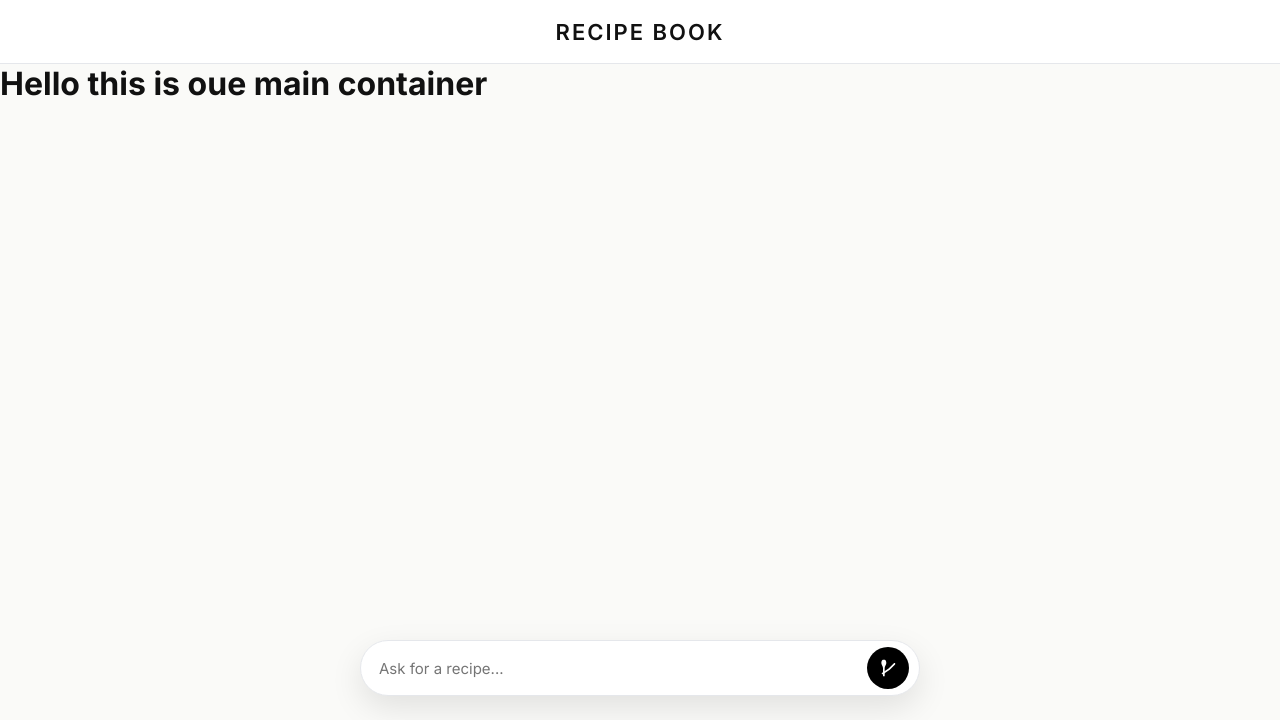
Repository: Tanvir0072309/Recipe-App
Page: /
These files come from the project's save history. The page is drawn as it stood at one moment and after a run of saves; the edit follows.
The browser window is 1280 px wide. The pictures show the whole page.
The project was rebuilt for these pictures with package versions that can differ from the ones it lists, and the page was loaded fresh each time. Also part of the build but not shown: vite.config.js.

Above is the page before, as saved 2026-01-24 15:13:11.

After the next 3 saves:
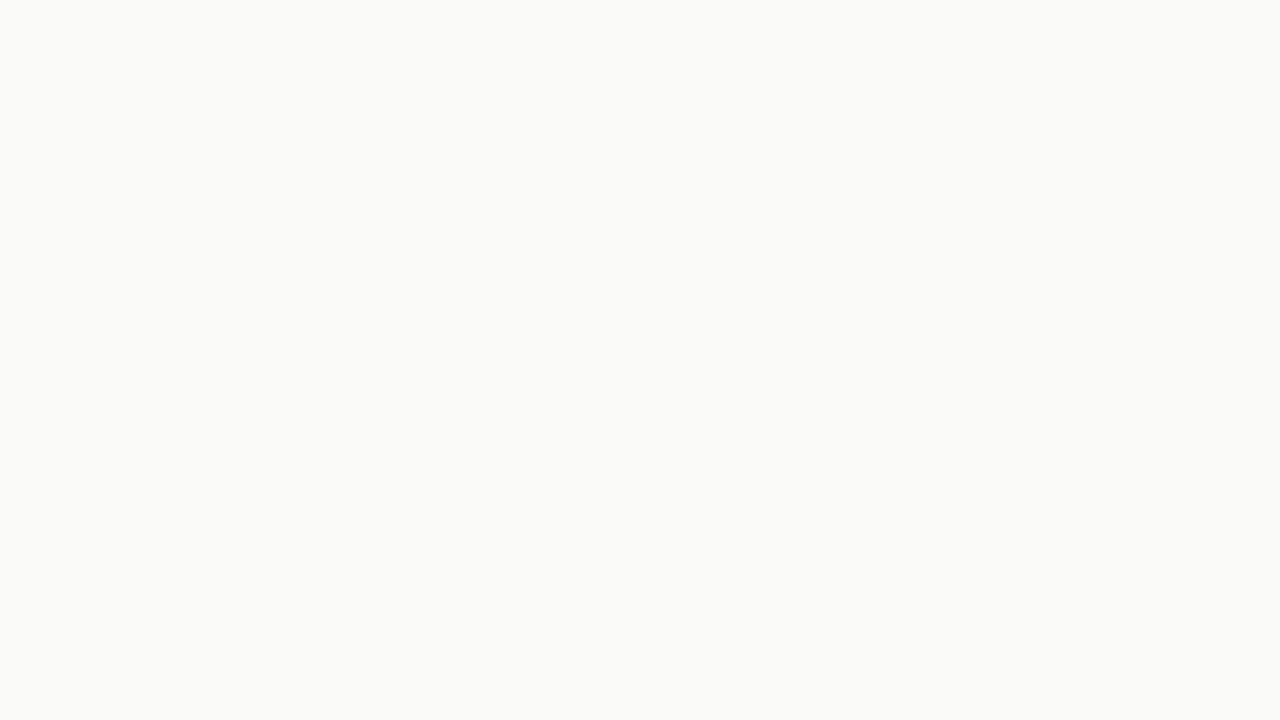
Console error: ReferenceError: fu is not defined
The 3 saves are shown as one change because they came seconds apart.
The last was saved 24 s later.
--- a/src/components/main.jsx
+++ b/src/components/main.jsx
@@ -1,4 +1,7 @@
 export function MyMain() {
+
+    fu
+
     return (
         <h1>Hello this is oue main container</h1>
     );

After the 3 saves that followed:
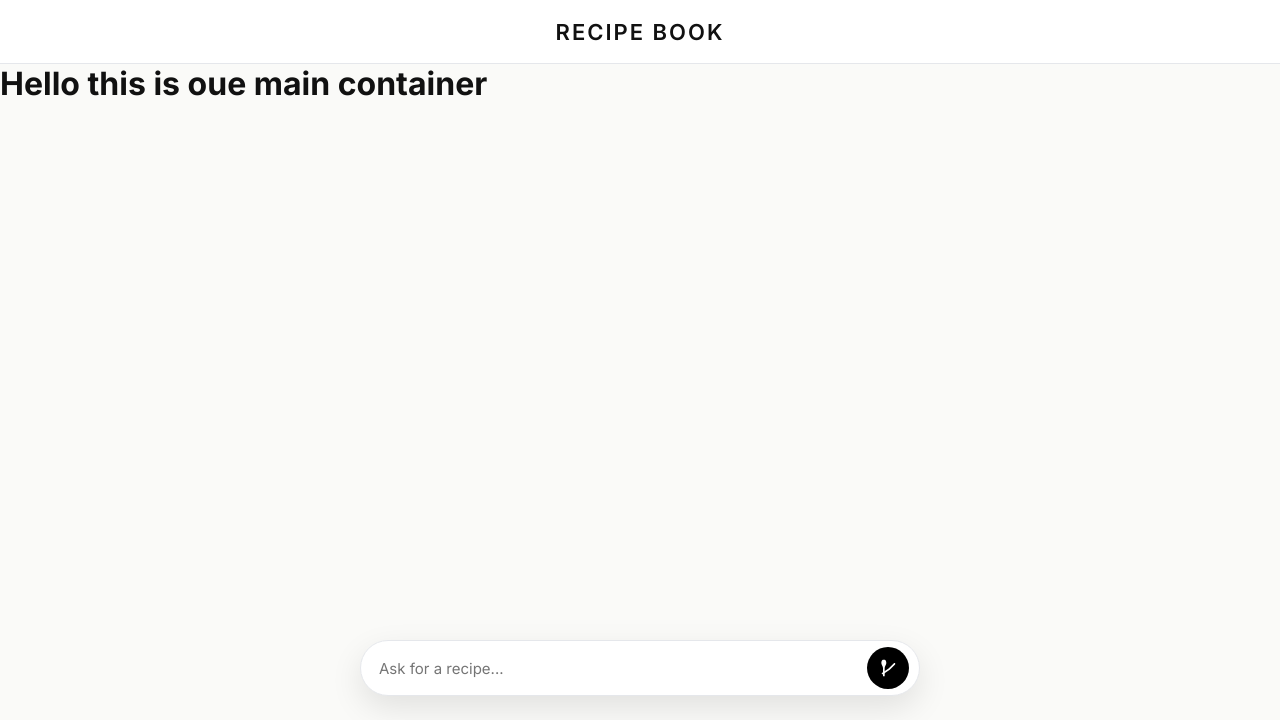
The error is gone.
The 3 saves are shown as one change because they came seconds apart.
The last was saved 8 s later.
--- a/src/components/main.jsx
+++ b/src/components/main.jsx
@@ -1,6 +1,8 @@
 export function MyMain() {
 
-    fu
+    function data() {
+
+    }
 
     return (
         <h1>Hello this is oue main container</h1>
